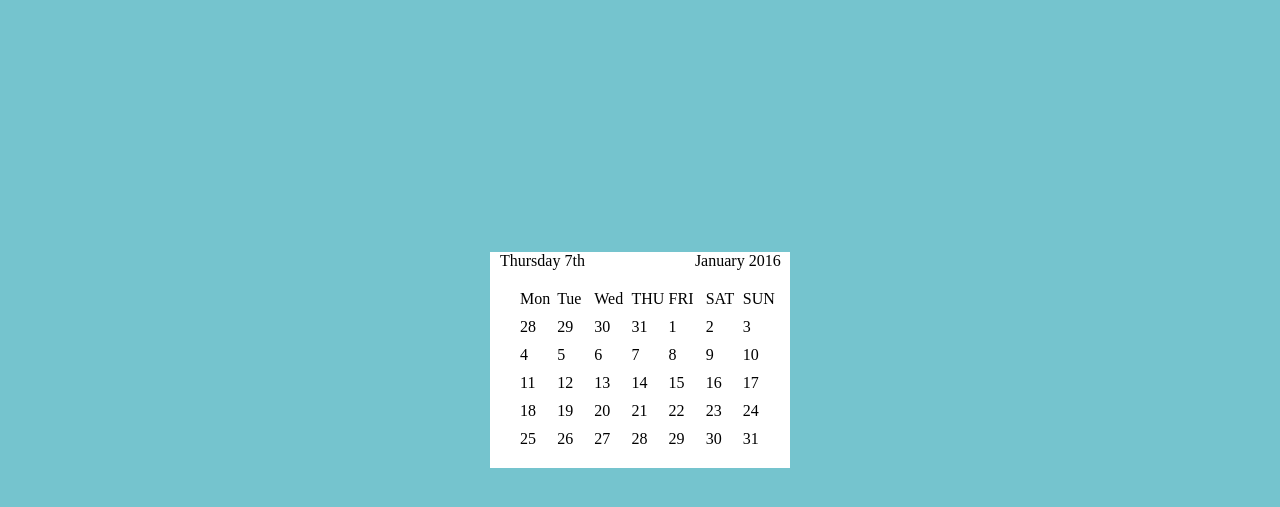
Repository: KYUUBI-K/HTML
Page: За 1 курс/Лаб 4/calendar.html
These files come from the project's save history. The page is drawn as it stood at one moment and after the next save; the edit follows.
The browser window is 1280 px wide. The pictures show the whole page.

Above is the page before, as saved 2021-03-30 13:31:23.

After the next save:
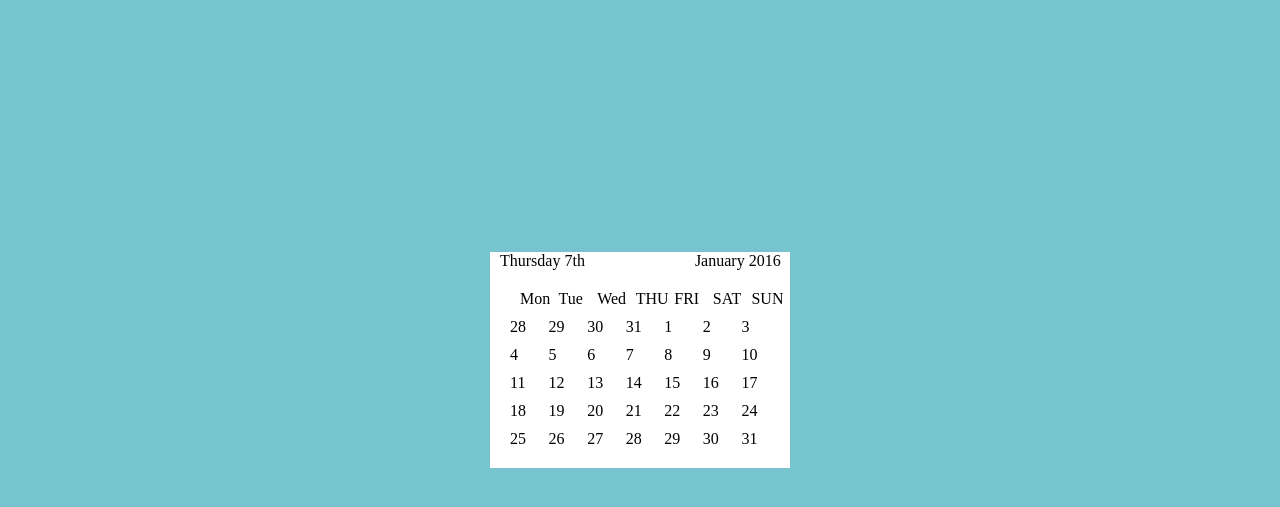
Saved 24 s later.
--- a/За 1 курс/Лаб 4/for_calend.css
+++ b/За 1 курс/Лаб 4/for_calend.css
@@ -25,7 +25,7 @@ body{
     grid-gap: 100px;
     margin-left: 10px;
 }
-.date{
+.day{
     display: flex;
     margin-left: 10px;
 }
